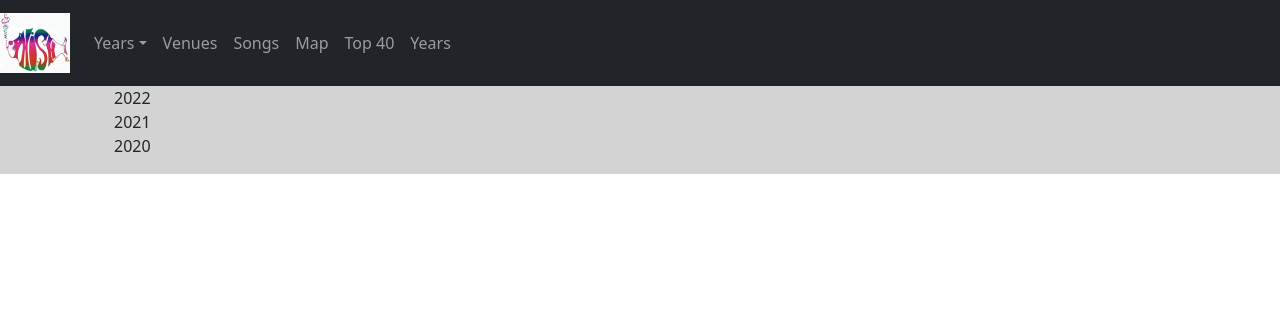
Repository: Jcparks84/gonePhishin
Page: / (app in my-app/)
These files come from the project's save history. The page is drawn as it stood at one moment and after the next save; the edit follows.
The browser window is 1280 px wide. The pictures show the whole page.
The page's requests for data from a server got no answer. The project was rebuilt for these pictures with package versions that can differ from the ones it lists, and the page was loaded fresh each time. No one was signed in, and anything a server would have sent is missing. Also part of the build but not shown: my-app/src/components/audioPlayer/audioPlayer.js.

Above is the page before, as saved 2022-08-16 18:18:54.

### my-app/src/App.js
import './App.css';
import AudioPlayer from './components/audioPlayer/audioPlayer';
import Navbar from './components/navbar/navBar'
import YearPage from './pages/yearPage/yearPage';



function App() {
  const apiKey = process.env.REACT_APP_API_KEY


  return (
    <div className="App">
      <div>
      <Navbar fixed="top" />
      </div>
      <div>
        <YearPage/>
      </div>
      <div>
        {/* <AudioPlayer/> */}
      </div>

    </div>

  );
}

export default App;

### my-app/src/App.css
.App {
  text-align: center;
  background-color: #d3d3d3;
}

.App-logo {
  height: 40vmin;
  pointer-events: none;
}

@media (prefers-reduced-motion: no-preference) {
  .App-logo {
    animation: App-logo-spin infinite 20s linear;
  }
}

.App-header {
  background-color: #282c34;
  min-height: 100vh;
  display: flex;
  flex-direction: column;
  align-items: center;
  justify-content: center;
  font-size: calc(10px + 2vmin);
  color: white;
}

.App-link {
  color: #61dafb;
}

@keyframes App-logo-spin {
  from {
    transform: rotate(0deg);
  }
  to {
    transform: rotate(360deg);
  }
}

### my-app/src/components/navbar/navBar.js
import logo from '../images/phish.png'
import './navBar.css';
import 'bootstrap/dist/css/bootstrap.css'
import { Nav, Navbar, NavDropdown } from 'react-bootstrap'
import AudioPlayer from '../audioPlayer/audioPlayer';
import YearPage from '../../pages/yearPage/yearPage';



function NavBar() {
  return (
    <div className="navBar">
      <Navbar bg="dark" variant="dark"
        sticky="top" expand="sm" collapseOnSelect>
        <Navbar.Brand>
          <img src={logo} width="70px" height="60px" />{' '}
        </Navbar.Brand>

        <Navbar.Toggle className="coloring" />
        <Navbar.Collapse>
          <Nav>
            <NavDropdown title="Years">
              <NavDropdown.Item href="#years/2021">2021</NavDropdown.Item>
              <NavDropdown.Item href="#years/2020">2020</NavDropdown.Item>
              <NavDropdown.Item href="#years/2019">2019</NavDropdown.Item>
            </NavDropdown>
            <Nav.Link href="#Venues">Venues</Nav.Link>
            <Nav.Link href="#contact-us">Songs</Nav.Link>
            <Nav.Link href="#contact-us">Map</Nav.Link>
            <Nav.Link href="#contact-us">Top 40</Nav.Link>
            <Nav.Link path="#years">{YearPage}Years</Nav.Link>

          </Nav>
        </Navbar.Collapse>

      </Navbar>
    </div>
  );
}


export default NavBar;

### my-app/src/pages/yearPage/yearPage.js
import React from 'react'
import './yearPage.css'


function YearPage(){
    return(
        <div className='container'>
            <ul>
                <li>2022</li>
                <li>2021</li>
                <li>2020</li>
            </ul>
        </div>
    )
}

export default YearPage;

### my-app/src/components/navbar/navBar.css
.bg-myRed{
    background-color: crimson;
  }

  .content{
    padding: 12px;
    height: 3000px;
  }

  .coloring{
    color: black;
  }

  nav.link {
    align-items: center;
  }

### my-app/src/pages/yearPage/yearPage.css

.container {
    display: flex;
}

li {
    text-align: left;
    font-size: ;
}

ul {
    list-style-type: none;
}

Loaded but not shown: my-app/public/index.html (common file); my-app/src/index.js (common file); my-app/src/index.css (common file); my-app/src/reportWebVitals.js (common file)

After the next save:
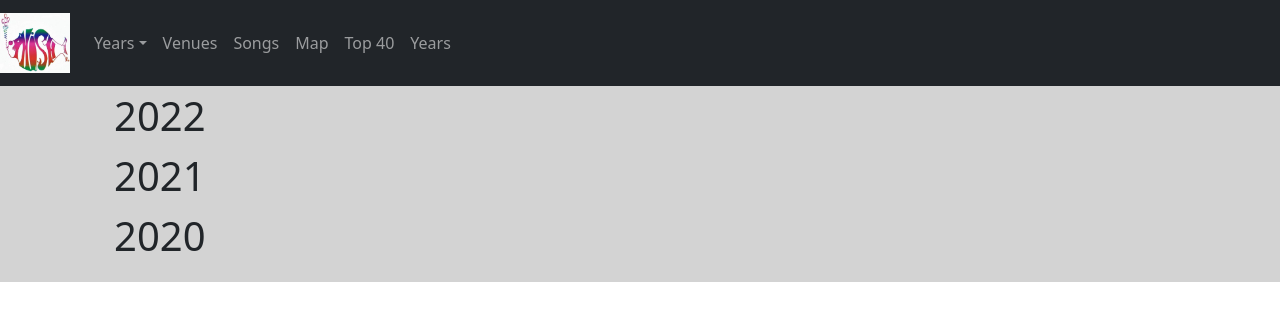
Saved 6 s later.
--- a/my-app/src/pages/yearPage/yearPage.css
+++ b/my-app/src/pages/yearPage/yearPage.css
@@ -5,7 +5,7 @@
 
 li {
     text-align: left;
-    font-size: ;
+    font-size: 40px;
 }
 
 ul {
